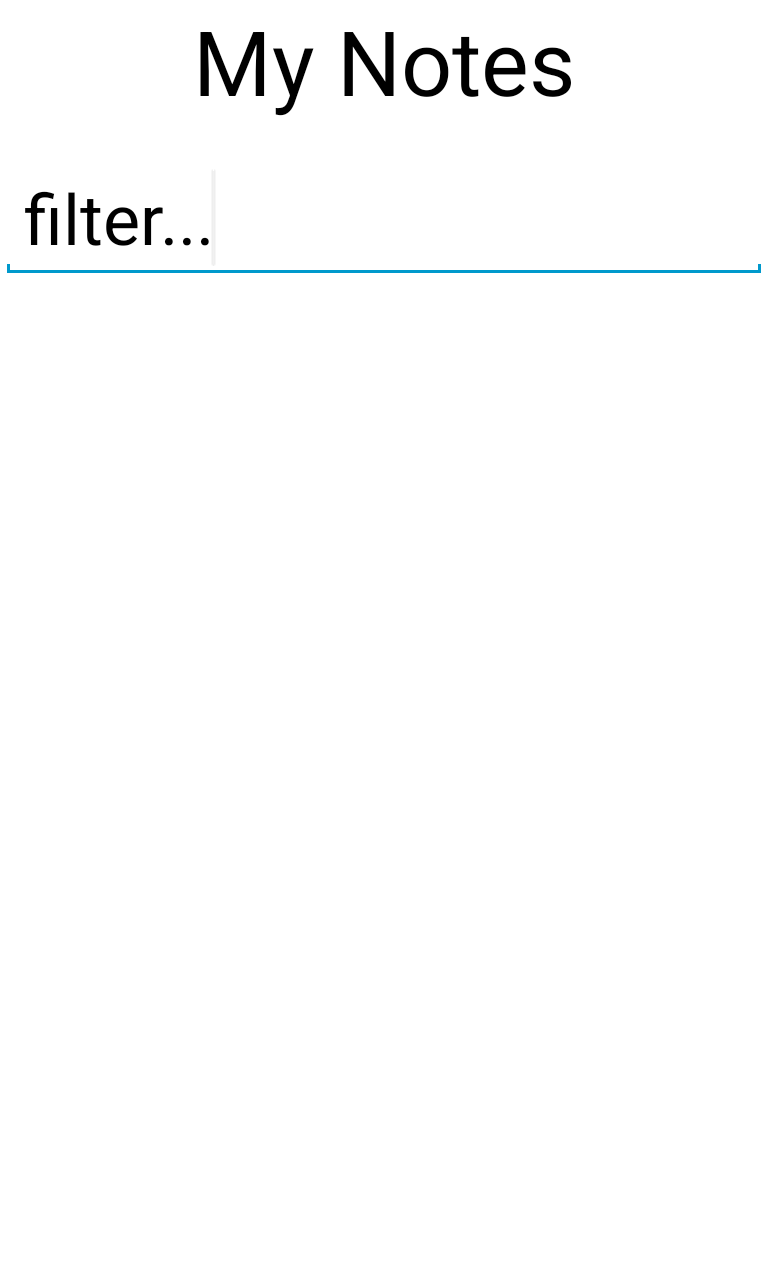
Repository: vnataraj/groupnote
Layout: GroupNote/res/layout/my_notes.xml
An editor plug-in stored every save of this project. The layout is shown before and after the next save, followed by the edit.
It is drawn on a 768 x 1280 px phone screen (xhdpi) without system bars, with theme AppTheme; the app's code is not run. Lists and similar views that code fills are empty.

Above is the layout before, as saved 2013-03-19 20:24:47.

### GroupNote/res/layout/my_notes.xml
<RelativeLayout xmlns:android="http://schemas.android.com/apk/res/android"
    xmlns:tools="http://schemas.android.com/tools"
    android:layout_width="match_parent"
    android:layout_height="match_parent"
    tools:context=".MainActivity" >

    <TextView
        android:id="@+id/textView1"
        android:layout_width="match_parent"
        android:layout_height="wrap_content"
        android:layout_alignParentLeft="true"
        android:layout_alignParentTop="true"
        android:gravity="center_horizontal"
        android:text="My Notes"
        android:textAppearance="?android:attr/textAppearanceLarge"
        android:textSize="45sp" />

    <EditText
        android:id="@+id/editText1"
        android:layout_width="match_parent"
        android:layout_height="wrap_content"
        android:layout_alignParentLeft="true"
        android:layout_below="@+id/textView1"
        android:layout_marginTop="18dp"
        android:ems="10"
        android:text="filter..."
        android:textSize="35sp"
        android:inputType="textShortMessage" >

        <requestFocus />
    </EditText>

    <ListView
        android:id="@+id/listView1"
        android:layout_width="wrap_content"
        android:layout_height="wrap_content"
        android:layout_alignParentLeft="true"
        android:layout_below="@+id/editText1" >

    </ListView>

</RelativeLayout>

Loaded but not shown: GroupNote/res/values/styles.xml (common file); GroupNote/res/values-v11/styles.xml (common file); GroupNote/res/values-v14/styles.xml (common file)

After the next save:
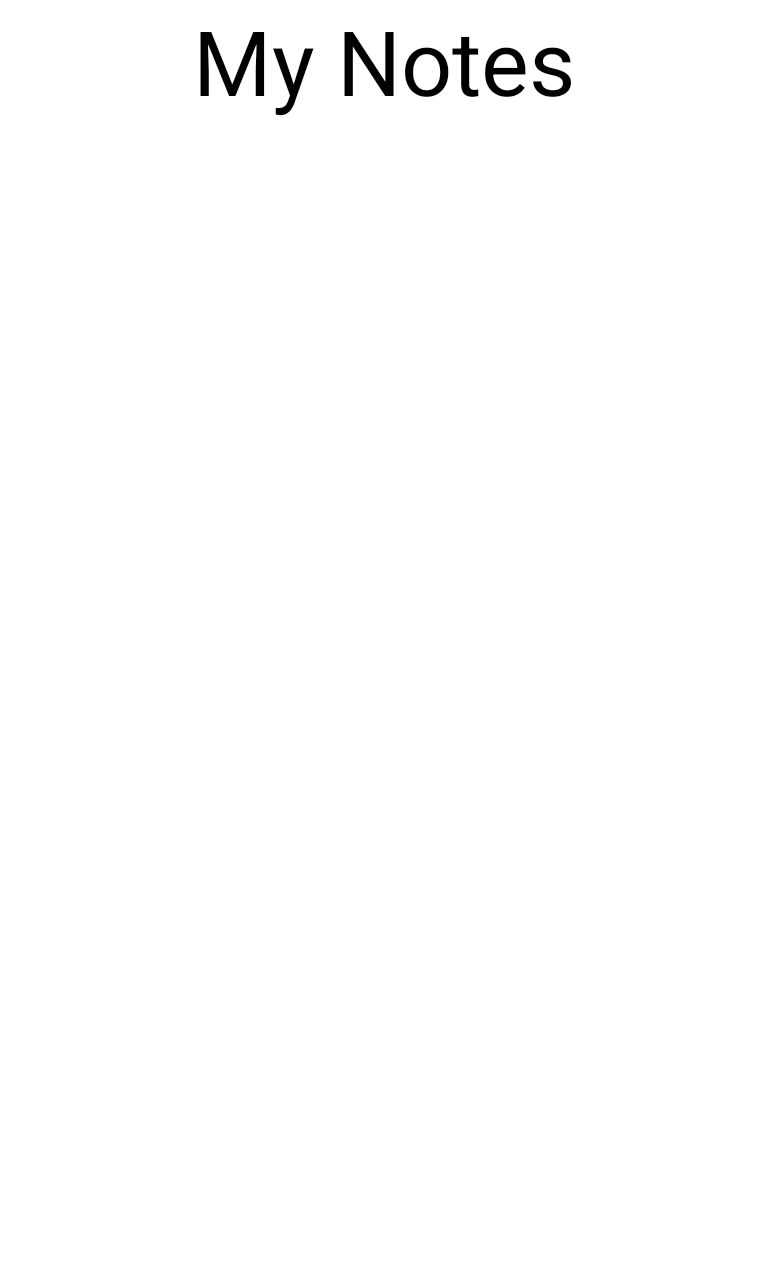
Saved 14 s later.
--- a/GroupNote/res/layout/my_notes.xml
+++ b/GroupNote/res/layout/my_notes.xml
@@ -15,27 +15,12 @@
         android:textAppearance="?android:attr/textAppearanceLarge"
         android:textSize="45sp" />
 
-    <EditText
-        android:id="@+id/editText1"
-        android:layout_width="match_parent"
-        android:layout_height="wrap_content"
-        android:layout_alignParentLeft="true"
-        android:layout_below="@+id/textView1"
-        android:layout_marginTop="18dp"
-        android:ems="10"
-        android:text="filter..."
-        android:textSize="35sp"
-        android:inputType="textShortMessage" >
-
-        <requestFocus />
-    </EditText>
-
     <ListView
         android:id="@+id/listView1"
         android:layout_width="wrap_content"
         android:layout_height="wrap_content"
         android:layout_alignParentLeft="true"
-        android:layout_below="@+id/editText1" >
+        android:layout_below="@+id/textView1" >
 
     </ListView>
 
